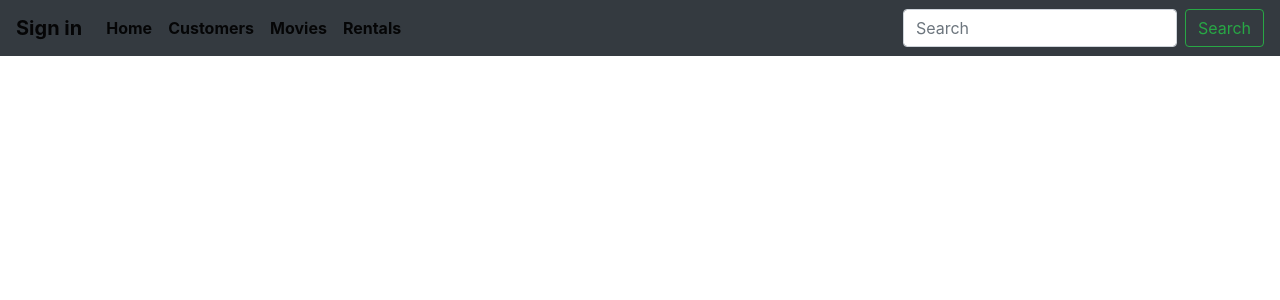
Repository: messimacky/Movie-Rental-System-Front-End
Page: /navbar
These files come from the project's save history. The page is drawn as it stood at one moment and after the next save; the edit follows.
The browser window is 1280 px wide. The pictures show the whole page.
The project was rebuilt for these pictures with package versions that can differ from the ones it lists, and the page was loaded fresh each time. Also part of the build but not shown: src/http-common.js, src/services/movie.service.js, src/components/AddMovie.js, src/components/MoviesList.js, src/components/NotFound.js, src/components/login/Login.js, src/services/customer.service.js, src/components/AddCustomer.js and 7 more.

Above is the page before, as saved 2022-04-25 15:52:29.

After the next save:
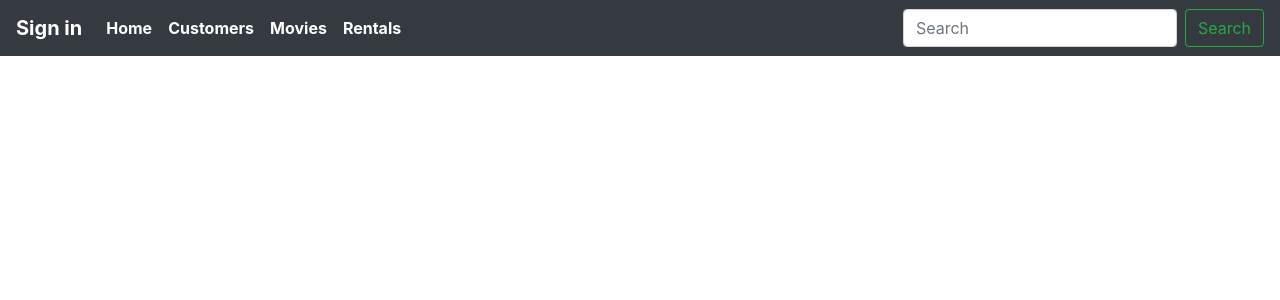
Saved 16 s later.
--- a/src/components/Navbar.js
+++ b/src/components/Navbar.js
@@ -1,6 +1,6 @@
 const Navbar = () => {
     return (
-        <nav className="navbar navbar-expand-lg navbar-light bg-dark">
+        <nav className="navbar navbar-expand-lg navbar-dark bg-dark">
             <a className="navbar-brand" href="login"> <b>Sign in</b> </a>
             <button className="navbar-toggler" type="button" data-toggle="collapse" data-target="#navbarSupportedContent" aria-controls="navbarSupportedContent" aria-expanded="false" aria-label="Toggle navigation">
                 <span className="navbar-toggler-icon"></span>
